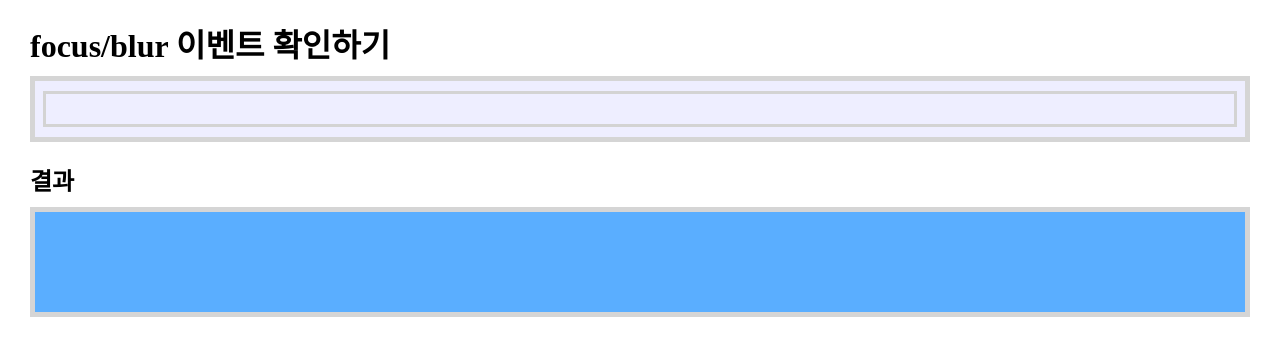
Repository: ssummini/Web
Page: jQuery/src/main/webapp/02_jQueryEvent/exam08-focus_blur.html
An editor plug-in stored every save of this project. The page is shown before and after the next save, followed by the edit.
The browser window is 1280 px wide. The pictures show the whole page.

Above is the page before, as saved 2024-08-23 01:14:18.

After the next save:
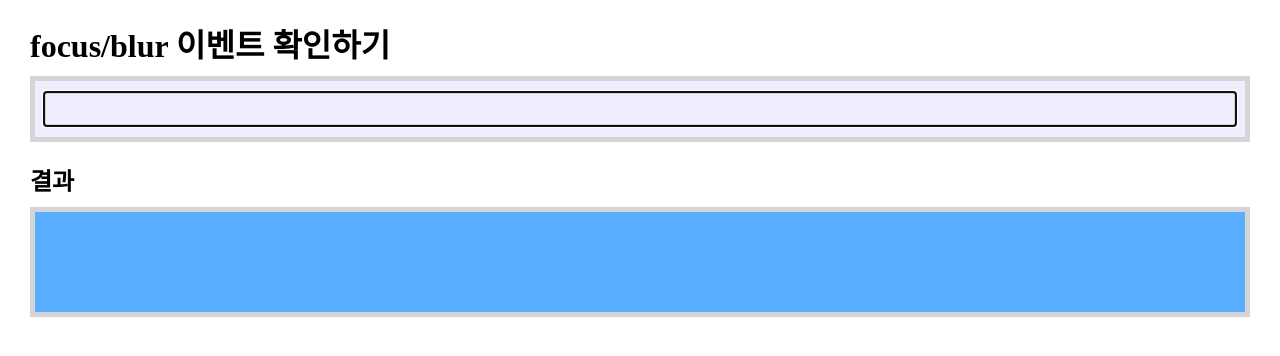
Saved 93 s later.
--- a/jQuery/src/main/webapp/02_jQueryEvent/exam08-focus_blur.html
+++ b/jQuery/src/main/webapp/02_jQueryEvent/exam08-focus_blur.html
@@ -15,7 +15,9 @@
 
 <script type="text/javascript" src="http://code.jquery.com/jquery-3.7.1.min.js"></script>
 <script type="text/javascript">
-$(function () {});
+$(function () {
+	$('#input > input[type="text"]').focus();
+});
 </script>
 </body>
 </html>
